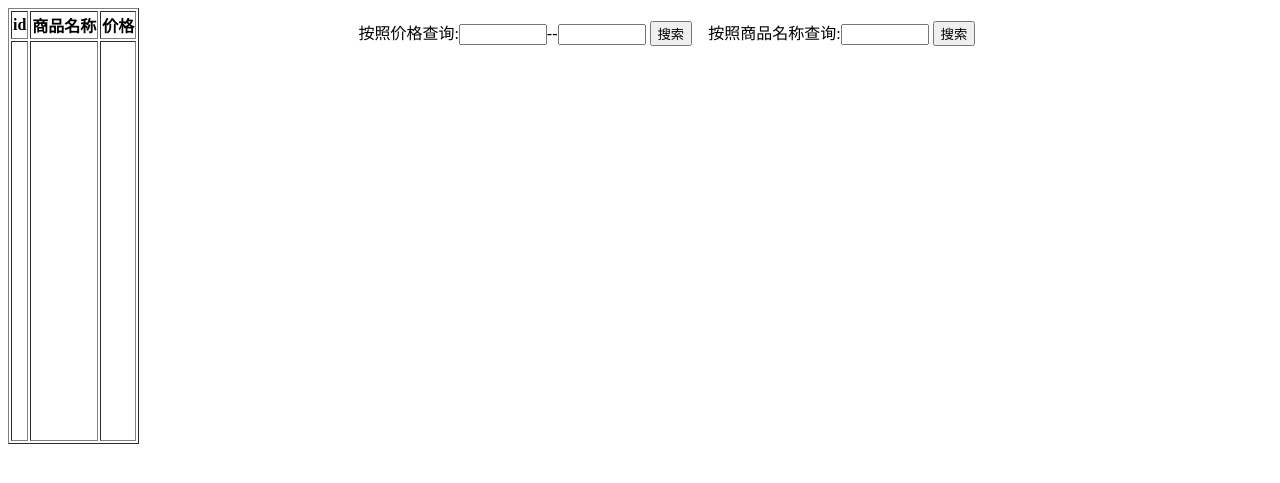
Repository: ldqml/project
Page: jsgaoji/chaxunshangpin.html
These files come from the project's save history. The page is drawn as it stood at one moment and after the next save; the edit follows.
The browser window is 1280 px wide. The pictures show the whole page.

Above is the page before, as saved 2022-07-15 17:58:33.

After the next save:
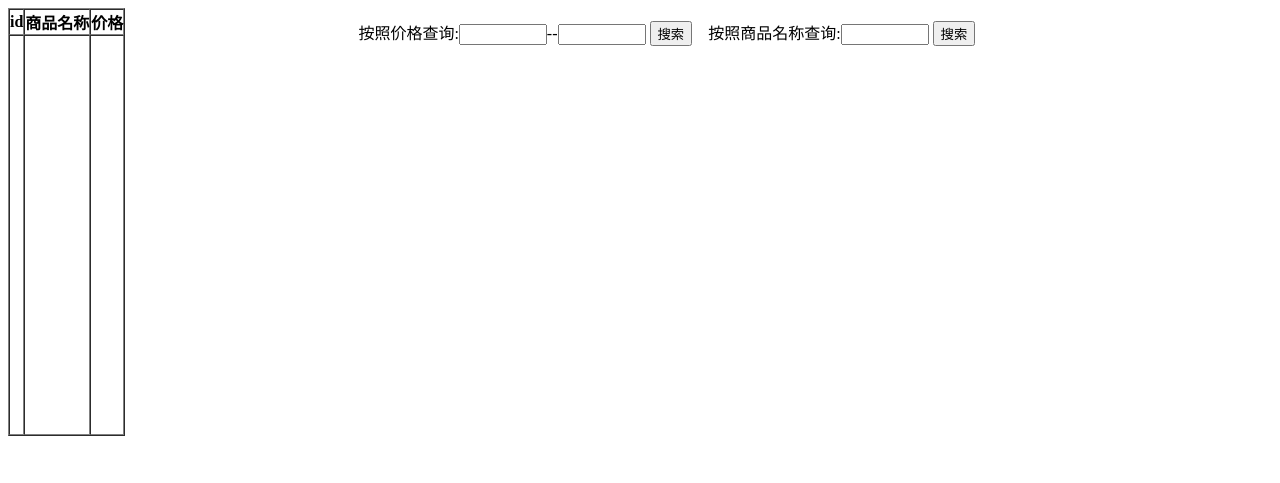
Saved 95 s later.
--- a/jsgaoji/chaxunshangpin.html
+++ b/jsgaoji/chaxunshangpin.html
@@ -29,7 +29,7 @@
         <button class="sou">搜索</button>&nbsp;&nbsp;&nbsp; 按照商品名称查询:<input type="text" class="name">
         <button class="suo">搜索</button>
     </div>
-    <table border="1px" >
+    <table border="1px" cellspacing="0" cellpadding="0" >
         <thead>
             <tr>
                 <th>id</th>
